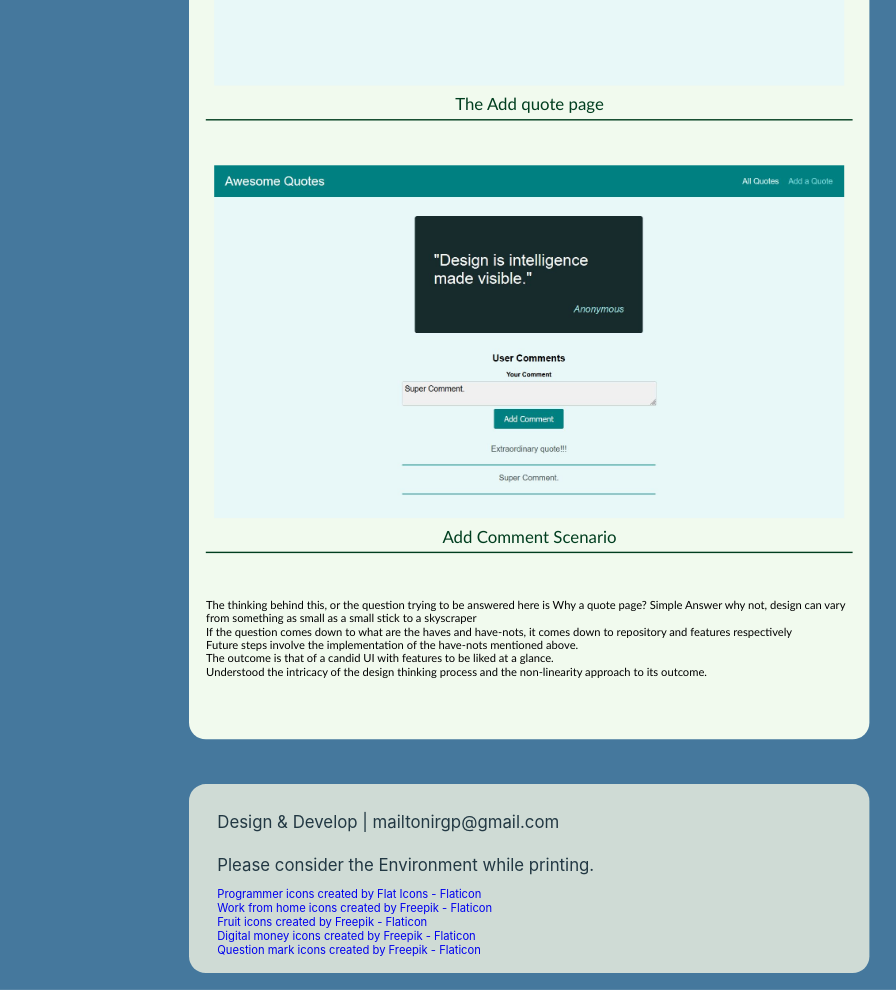
Repository: niranjangp/portfolioReact
Page: /cs-four
These files come from the project's save history. The page is drawn as it stood at one moment and after the next save; the edit follows.
The browser window is 1280 px wide. The pictures show the part of the page from y = 1283 to 3203 px (the page is 2697 px tall before and 3203 px after), at 70% of full size.
The project was rebuilt for these pictures with package versions that can differ from the ones it lists, and the page was loaded fresh each time. Also part of the build but not shown: src/pages/enterDesign.jsx, src/pages/csOne.jsx, src/pages/csTwo.jsx, src/pages/csThree.jsx, src/pages/notFound.jsx.

Above is the page before, as saved 2022-02-02 01:44:16.

After the next save:
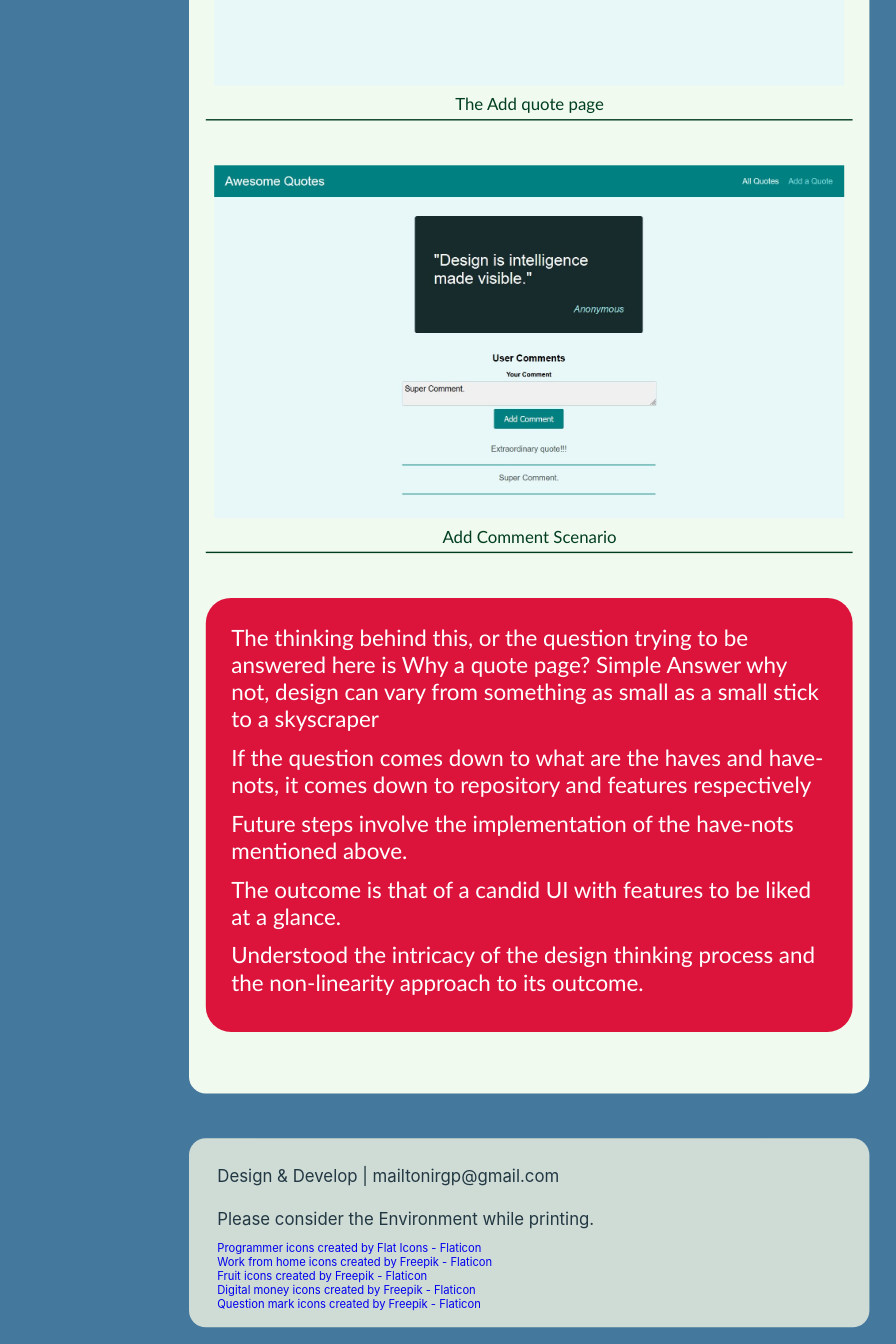
Saved 65 s later.
--- a/src/pages/csFour.jsx
+++ b/src/pages/csFour.jsx
@@ -21,7 +21,7 @@ const csFour = () => {
                     <div className="quo-pack"><img src={AddQuo} alt="quote-home" className="quoIcon" /><div className="qIconTxt">The Add quote page</div></div>
                     <div className="quo-pack"><img src={CommonScen} alt="quote-home" className="quoIcon"/><div className="qIconTxt">Add Comment Scenario</div></div>
                 </div>
-                <div className="mrg-blk">
+                <div className="mrg-last-blk">
                     <p>The thinking behind this, or the question trying to be answered here is Why a quote page? Simple Answer why not, design can vary from something as small as a small stick to a skyscraper</p>
                     <p>If the question comes down to what are the haves and have-nots, it comes down to repository and features respectively</p>
                     <p>Future steps involve the implementation of the have-nots mentioned above.</p>
